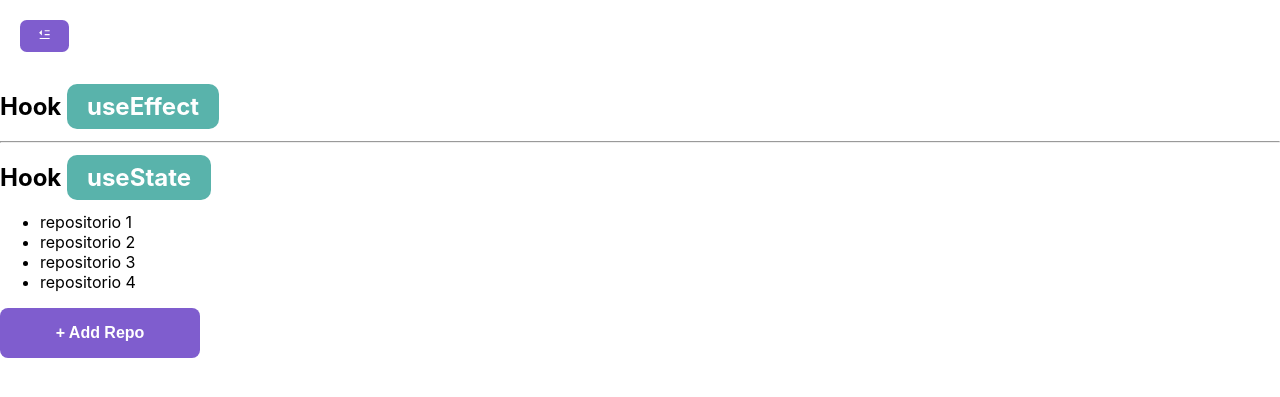
Repository: thiagolucio/react-hooks-use
Page: /
An editor plug-in stored every save of this project. The page is shown before and after the next save, followed by the edit.
The browser window is 1280 px wide. The pictures show the whole page.
The page's requests for data from a server got no answer. The project was rebuilt for these pictures with package versions that can differ from the ones it lists, and the page was loaded fresh each time. No one was signed in, and anything a server would have sent is missing.

Above is the page before, as saved 2022-03-09 16:17:27.

After the next save:
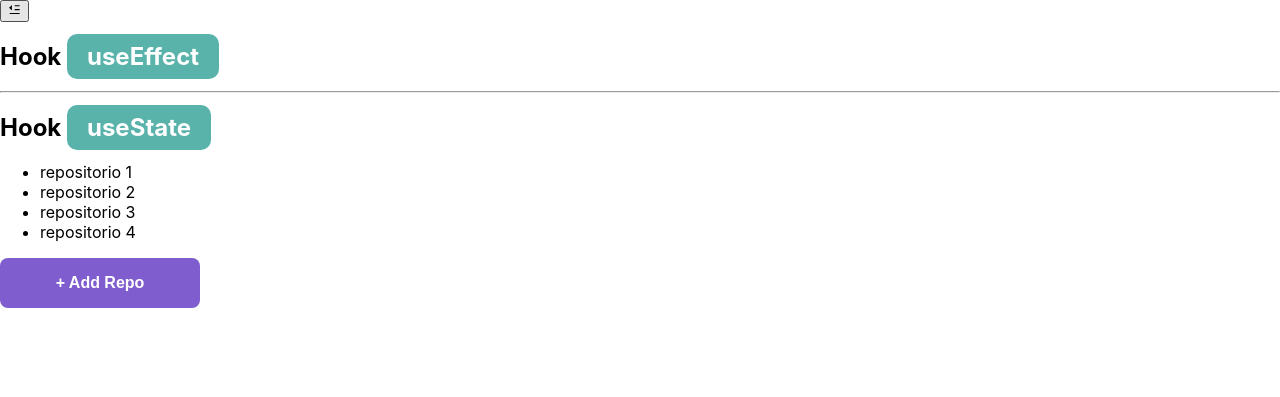
Saved 94 s later.
--- a/src/Components/Toggle.js
+++ b/src/Components/Toggle.js
@@ -5,7 +5,7 @@
     const [isToggleChanged, setIsToggleChanged] = useToggle();
 
     return (
-        <button className="button-toggle" onClick={setIsToggleChanged}>{isToggleChanged ? <RiMenuUnfoldFill/> : <RiMenuFoldFill/>}</button>
+        <button className={isToggleChanged ? 'button-toggle' : 'open-toggle'} onClick={setIsToggleChanged}>{isToggleChanged ? <RiMenuUnfoldFill/> : <RiMenuFoldFill/>}</button>
     );
 }
 const useToggle = (initialState = false) => {

After the save that followed:
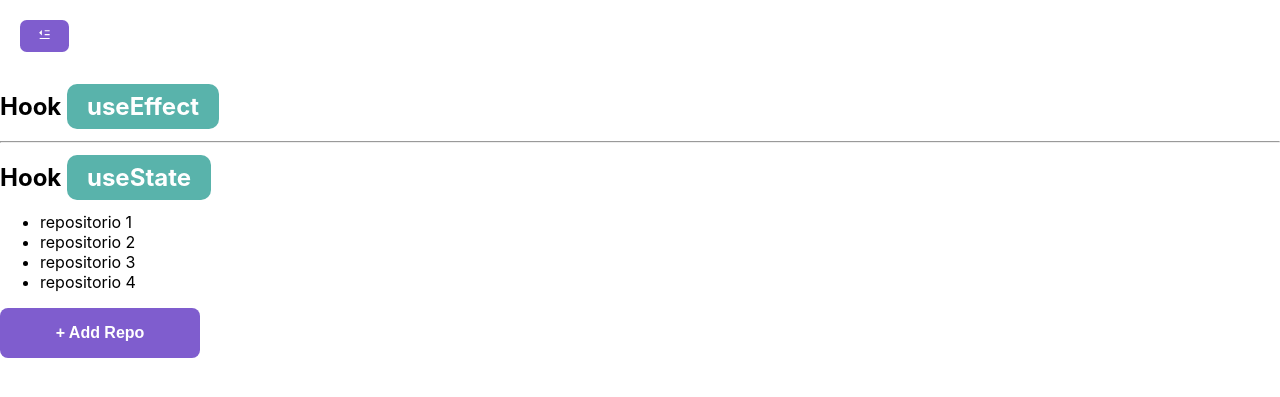
Saved 28 s later.
--- a/src/Components/Toggle.js
+++ b/src/Components/Toggle.js
@@ -5,7 +5,7 @@
     const [isToggleChanged, setIsToggleChanged] = useToggle();
 
     return (
-        <button className={isToggleChanged ? 'button-toggle' : 'open-toggle'} onClick={setIsToggleChanged}>{isToggleChanged ? <RiMenuUnfoldFill/> : <RiMenuFoldFill/>}</button>
+        <button className={isToggleChanged ? 'button-toggle' : 'button-toggle'} onClick={setIsToggleChanged}>{isToggleChanged ? <RiMenuUnfoldFill/> : <RiMenuFoldFill/>}</button>
     );
 }
 const useToggle = (initialState = false) => {
